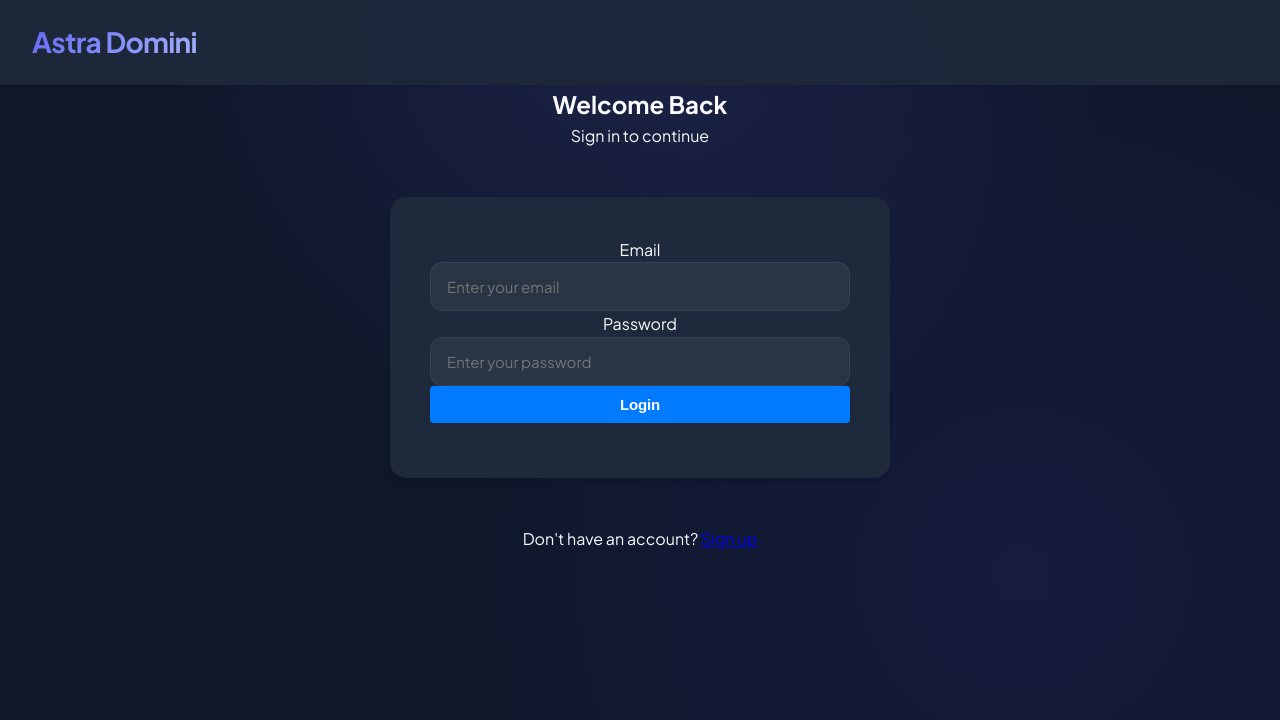
Repository: Resanso/astraReminder
Page: /admin
These files come from the project's save history. The page is drawn as it stood at one moment and after the next save; the edit follows.
The browser window is 1280 px wide. The pictures show the whole page.
The project was rebuilt for these pictures with package versions that can differ from the ones it lists, and the page was loaded fresh each time. Some packages were replaced by stand-ins written for this rebuild. Also part of the build but not shown: src/components/TaskList.js, src/components/AdminPanel.js, src/components/Register.js.

Above is the page before, as saved 2025-02-25 00:38:51.

### public/index.html
<!DOCTYPE html>
<html lang="en">
  <head>
    <meta charset="utf-8" />
    <link rel="icon" href="favicon.ico" />
    <meta name="viewport" content="width=device-width, initial-scale=1" />
    <meta name="theme-color" content="#000000" />
    <meta name="description" content="Astra Domini - Fantasy Game Management" />
    <link rel="apple-touch-icon" href="logo192.png" />
    <link rel="manifest" href="manifest.json" />
    <title>Astra Domini</title>
  </head>
  <body>
    <noscript>You need to enable JavaScript to run this app.</noscript>
    <div id="root"></div>
    <!--
      This HTML file is a template.
      If you open it directly in the browser, you will see an empty page.

      You can add webfonts, meta tags, or analytics to this file.
      The build step will place the bundled scripts into the <body> tag.

      To begin the development, run `npm start` or `yarn start`.
      To create a production bundle, use `npm run build` or `yarn build`.
    -->
  </body>
</html>

### src/index.css
@import url("https://fonts.googleapis.com/css2?family=Plus+Jakarta+Sans:wght@400;500;600;700&display=swap");

body {
  margin: 0;
  font-family: "Plus Jakarta Sans", -apple-system, BlinkMacSystemFont,
    "Segoe UI", Roboto, Oxygen, Ubuntu, Cantarell, "Helvetica Neue", sans-serif;
  -webkit-font-smoothing: antialiased;
  -moz-osx-font-smoothing: grayscale;
  line-height: 1.6;
}

code {
  font-family: source-code-pro, Menlo, Monaco, Consolas, "Courier New",
    monospace;
}

* {
  box-sizing: border-box;
  margin: 0;
  padding: 0;
}

::-webkit-scrollbar {
  width: 8px;
}

::-webkit-scrollbar-track {
  background: rgba(255, 255, 255, 0.05);
}

::-webkit-scrollbar-thumb {
  background: rgba(110, 86, 207, 0.5);
  border-radius: 4px;
}

::-webkit-scrollbar-thumb:hover {
  background: rgba(110, 86, 207, 0.7);
}

### src/App.js
import React, { useState, useEffect } from "react";
import {
  BrowserRouter as Router,
  Routes,
  Route,
  Navigate,
} from "react-router-dom";
import { auth } from "./firebase";
import { onAuthStateChanged, signOut } from "firebase/auth";
import TaskList from "./components/TaskList";
import AdminPanel from "./components/AdminPanel";
import Login from "./components/Login";
import Register from "./components/Register";
import "./App.css";

function App() {
  const [user, setUser] = useState(null);
  const [loading, setLoading] = useState(true);

  useEffect(() => {
    const unsubscribe = onAuthStateChanged(auth, (user) => {
      setUser(user);
      setLoading(false);
    });
    return unsubscribe;
  }, []);

  const handleLogout = async () => {
    try {
      await signOut(auth);
    } catch (error) {
      console.error("Error signing out:", error);
    }
  };

  if (loading) return <div>Loading...</div>;

  return (
    <Router basename="/">
      <div className="App">
        <header>
          <h1>Astra Domini</h1>
          {user && (
            <button
              className="logout-btn"
              onClick={handleLogout}
              title="Logout"
            >
              <svg
                className="logout-icon"
                xmlns="http://www.w3.org/2000/svg"
                viewBox="0 0 24 24"
                fill="none"
                stroke="currentColor"
                strokeWidth="2"
                strokeLinecap="round"
                strokeLinejoin="round"
              >
                <path d="M9 21H5a2 2 0 0 1-2-2V5a2 2 0 0 1 2-2h4" />
                <polyline points="16 17 21 12 16 7" />
                <line x1="21" y1="12" x2="9" y2="12" />
              </svg>
            </button>
          )}
        </header>
        <Routes>
          <Route path="/" element={<TaskList />} />
          <Route
            path="/admin"
            element={user ? <AdminPanel /> : <Navigate to="/login" />}
          />
          <Route
            path="/login"
            element={user ? <Navigate to="/admin" /> : <Login />}
          />
          <Route
            path="/register"
            element={user ? <Navigate to="/admin" /> : <Register />}
          />
        </Routes>
      </div>
    </Router>
  );
}

export default App;

### src/firebase.js
// Import the functions you need from the SDKs you need
import { initializeApp } from "firebase/app";
import { getFirestore } from "firebase/firestore";
import { getAuth } from "firebase/auth";
// TODO: Add SDKs for Firebase products that you want to use
// https://firebase.google.com/docs/web/setup#available-libraries

// Your web app's Firebase configuration
// For Firebase JS SDK v7.20.0 and later, measurementId is optional
const firebaseConfig = {
  apiKey: "AIzaSyC5vKNyYoiYqoeDgudvSQoeoFQrEVA_fF8",
  authDomain: "astra-domini.firebaseapp.com",
  projectId: "astra-domini",
  storageBucket: "astra-domini.firebasestorage.app",
  messagingSenderId: "711846096621",
  appId: "1:711846096621:web:fc97db572dc81c002ea6e4",
  measurementId: "G-YBZY4XPSGD",
};

// Initialize Firebase only on client side
let app;
let db;
let auth;

if (typeof window !== "undefined") {
  app = initializeApp(firebaseConfig);
  db = getFirestore(app);
  auth = getAuth(app);
}

export { db, auth };

### src/components/Login.js
import React, { useState } from "react";
import { auth } from "../firebase";
import { signInWithEmailAndPassword } from "firebase/auth";
import { useNavigate, Link } from "react-router-dom";

const Login = () => {
  const [email, setEmail] = useState("");
  const [password, setPassword] = useState("");
  const [error, setError] = useState("");
  const navigate = useNavigate();

  const handleSubmit = async (e) => {
    e.preventDefault();
    try {
      await signInWithEmailAndPassword(auth, email, password);
      navigate("/admin");
    } catch (error) {
      setError("Login gagal. Periksa email dan password.");
    }
  };

  return (
    <div className="auth-container">
      <div className="auth-card">
        <div className="auth-header">
          <h2>Welcome Back</h2>
          <p className="auth-subtitle">Sign in to continue</p>
        </div>
        {error && <p className="error-message">{error}</p>}
        <form onSubmit={handleSubmit} className="auth-form">
          <div className="form-group">
            <label>Email</label>
            <div className="input-group">
              <i className="fas fa-envelope"></i>
              <input
                type="email"
                placeholder="Enter your email"
                value={email}
                onChange={(e) => setEmail(e.target.value)}
                required
              />
            </div>
          </div>
          <div className="form-group">
            <label>Password</label>
            <div className="input-group">
              <i className="fas fa-lock"></i>
              <input
                type="password"
                placeholder="Enter your password"
                value={password}
                onChange={(e) => setPassword(e.target.value)}
                required
              />
            </div>
          </div>
          <button type="submit" className="auth-submit">
            Login
          </button>
        </form>
        <p className="auth-redirect">
          Don't have an account? <Link to="/register">Sign up</Link>
        </p>
      </div>
    </div>
  );
};

export default Login;

### src/App.css
:root {
  --background-primary: #0f172a;
  --background-secondary: #1e293b;
  --text-primary: #f8fafc;
  --text-secondary: #94a3b8;
  --accent-primary: #6366f1;
  --accent-secondary: #4f46e5;
  --border-color: #334155;
  --success-color: #10b981;
  --error-color: #ef4444;
  --card-shadow: 0 4px 6px -1px rgb(0 0 0 / 0.1),
    0 2px 4px -2px rgb(0 0 0 / 0.1);
  --transition-base: all 0.3s ease;
}

body {
  background-color: var(--background-primary);
  color: var(--text-primary);
  min-height: 100vh;
  background-image: radial-gradient(
      circle at 50% 0%,
      rgba(99, 102, 241, 0.15) 0%,
      transparent 50%
    ),
    radial-gradient(
      circle at 80% 80%,
      rgba(79, 70, 229, 0.1) 0%,
      transparent 50%
    );
}

.App {
  text-align: center;
  position: relative;
}

.App-logo {
  height: 40vmin;
  pointer-events: none;
}

@media (prefers-reduced-motion: no-preference) {
  .App-logo {
    animation: App-logo-spin infinite 20s linear;
  }
}

.App-header {
  background-color: #282c34;
  min-height: 100vh;
  display: flex;
  flex-direction: column;
  align-items: center;
  justify-content: center;
  font-size: calc(10px + 2vmin);
  color: white;
}

.App-link {
  color: #61dafb;
}

@keyframes App-logo-spin {
  from {
    transform: rotate(0deg);
  }
  to {
    transform: rotate(360deg);
  }
}

/* Header Styles */
header {
  background-color: rgba(30, 41, 59, 0.95);
  backdrop-filter: blur(8px);
  padding: 1.25rem 2rem;
  box-shadow: 0 1px 3px rgba(0, 0, 0, 0.1);
  position: sticky;
  top: 0;
  z-index: 100;
  display: flex;
  justify-content: space-between;
  align-items: center;
}

header h1 {
  font-size: 1.75rem;
  font-weight: 700;
  letter-spacing: -0.025em;
  background: linear-gradient(135deg, var(--accent-primary), #a5b4fc);
  -webkit-background-clip: text;
  background-clip: text;
  color: transparent;
}

.task-list {
  max-width: 1200px;
  margin: 3rem auto;
  padding: 0 2rem;
  display: grid;
  grid-template-columns: repeat(auto-fill, minmax(320px, 1fr));
  gap: 2rem;
}

.task-card {
  background-color: var(--background-secondary);
  border: 1px solid var(--border-color);
  border-radius: 1rem;
  padding: 1.75rem;
  transition: var(--transition-base);
  box-shadow: var(--card-shadow);
}

.task-card:hover {
  transform: translateY(-4px);
  box-shadow: 0 12px 24px -8px rgba(0, 0, 0, 0.3);
}

.task-card h3 {
  color: var(--accent-primary);
  margin-bottom: 1rem;
  font-size: 1.25rem;
}

.button-group button,
.auth-form button,
.admin-panel button {
  padding: 0.75rem 1.5rem;
  border-radius: 0.75rem;
  border: none;
  font-weight: 600;
  font-size: 0.9375rem;
  letter-spacing: -0.01em;
  transition: var(--transition-base);
  cursor: pointer;
  display: inline-flex;
  align-items: center;
  justify-content: center;
  gap: 0.5rem;
}

.login-btn,
.add-task-btn {
  background: linear-gradient(
    135deg,
    var(--accent-primary),
    var(--accent-secondary)
  );
  color: white;
}

.login-btn:hover,
.add-task-btn:hover {
  filter: brightness(1.1);
  transform: translateY(-1px);
}

.back-btn {
  background-color: rgba(255, 255, 255, 0.1);
  color: var(--text-primary);
}

.logout-btn {
  background: none;
  border: none;
  padding: 8px;
  cursor: pointer;
  color: var(--text-primary);
  display: flex;
  align-items: center;
  justify-content: center;
  border-radius: 50%;
  transition: var(--transition-base);
}

.logout-btn:hover {
  background-color: rgba(239, 68, 68, 0.2);
  transform: scale(1.1);
}

.logout-icon {
  width: 24px;
  height: 24px;
  color: #ef4444;
}

.admin-panel {
  background-color: var(--background-secondary);
  border-radius: 1rem;
  padding: 2.5rem;
  max-width: 500px;
  margin: 3rem auto;
  box-shadow: var(--card-shadow);
}

.admin-panel form {
  display: flex;
  flex-direction: column;
  gap: 10px;
}

.admin-panel input,
.admin-panel textarea {
  width: 100%;
  padding: 0.875rem 1rem;
  background-color: rgba(255, 255, 255, 0.05);
  border: 1px solid var(--border-color);
  border-radius: 0.75rem;
  color: var(--text-primary);
  font-family: inherit;
  font-size: 0.9375rem;
  transition: var(--transition-base);
}

.admin-panel input:focus,
.admin-panel textarea:focus {
  border-color: var(--accent-primary);
  box-shadow: 0 0 0 3px rgba(99, 102, 241, 0.2);
  outline: none;
}

.admin-panel button {
  padding: 10px;
  background-color: #007bff;
  color: white;
  border: none;
  border-radius: 5px;
  cursor: pointer;
}

.admin-panel select {
  background-color: rgba(255, 255, 255, 0.1);
  border: 1px solid var(--border-color);
  color: var(--text-primary);
  border-radius: 8px;
  padding: 0.75rem;
  width: 100%;
  margin-bottom: 1rem;
  font-size: 0.9375rem;
  cursor: pointer;
}

.admin-panel select option {
  background-color: var(--background-secondary);
  color: var(--text-primary);
  padding: 0.75rem;
}

.admin-panel select:focus {
  outline: none;
  border-color: var(--accent-primary);
  box-shadow: 0 0 0 2px rgba(110, 86, 207, 0.2);
}

.login-form {
  max-width: 400px;
  margin: 40px auto;
  padding: 20px;
  border: 1px solid #ddd;
  border-radius: 5px;
}

.login-form input {
  width: 100%;
  padding: 10px;
  margin-bottom: 10px;
  border: 1px solid #ddd;
  border-radius: 4px;
}

.login-form button {
  width: 100%;
  padding: 10px;
  background-color: #007bff;
  color: white;
  border: none;
  border-radius: 4px;
  cursor: pointer;
}

.error {
  color: var(--error-color);
  background-color: rgba(239, 68, 68, 0.1);
  padding: 1rem;
  border-radius: 8px;
  margin: 1rem 0;
}

.task-header {
  display: flex;
  justify-content: space-between;
  align-items: center;
  margin-bottom: 20px;
}

.login-btn {
  padding: 8px 16px;
  background-color: #007bff;
  color: white;
  border: none;
  border-radius: 4px;
  cursor: pointer;
}

.login-btn:hover {
  background-color: #0056b3;
}

.auth-form {
  background-color: var(--background-secondary);
  border-radius: 1rem;
  padding: 2.5rem;
  max-width: 500px;
  margin: 3rem auto;
  box-shadow: var(--card-shadow);
}

.auth-form input {
  width: 100%;
  padding: 0.875rem 1rem;
  background-color: rgba(255, 255, 255, 0.05);
  border: 1px solid var(--border-color);
  border-radius: 0.75rem;
  color: var(--text-primary);
  font-family: inherit;
  font-size: 0.9375rem;
  transition: var(--transition-base);
}

.auth-form input:focus {
  border-color: var(--accent-primary);
  box-shadow: 0 0 0 3px rgba(99, 102, 241, 0.2);
  outline: none;
}

.auth-form button {
  width: 100%;
  padding: 10px;
  background-color: #007bff;
  color: white;
  border: none;
  border-radius: 4px;
  cursor: pointer;
  margin-bottom: 15px;
}

.auth-form button:hover {
  background-color: #0056b3;
}

.auth-form a {
  color: #007bff;
  text-decoration: none;
}

.auth-form a:hover {
  text-decoration: underline;
}

.task-creator {
  color: var(--text-secondary);
  font-size: 0.875rem;
  margin-top: 1rem;
}

.add-task-btn {
  padding: 8px 16px;
  background-color: #28a745;
  color: white;
  border: none;
  border-radius: 4px;
  cursor: pointer;
}

.add-task-btn:hover {
  background-color: #218838;
}

.button-group {
  display: flex;
  gap: 10px;
  align-items: center;
}

.back-btn {
  padding: 8px 16px;
  background-color: #6c757d;
  color: white;
  border: none;
  border-radius: 4px;
  cursor: pointer;
}

.back-btn:hover {
  background-color: #5a6268;
}

/* Responsive Design */
@media (max-width: 768px) {
  header {
    padding: 1rem;
  }

  header h1 {
    font-size: 1.5rem;
  }

  .task-header {
    flex-direction: column;
    gap: 1rem;
  }

  .button-group {
    flex-wrap: wrap;
    justify-content: center;
  }

  .admin-panel,
  .auth-form {
    margin: 1rem;
    padding: 1.5rem;
  }

  .task-list {
    padding: 0 1rem;
    margin: 2rem auto;
  }

  .task-card {
    padding: 1.5rem;
  }
}

/* Loading Animation */
.loading {
  display: flex;
  justify-content: center;
  align-items: center;
  min-height: 200px;
  color: var(--accent-primary);
}

.loading::after {
  content: "";
  width: 30px;
  height: 30px;
  border: 3px solid var(--accent-primary);
  border-top-color: transparent;
  border-radius: 50%;
  animation: spinner 0.8s linear infinite;
}

@keyframes spinner {
  to {
    transform: rotate(360deg);
  }
}

Loaded but not shown: src/index.js (common file); src/reportWebVitals.js (common file)

After the next save:
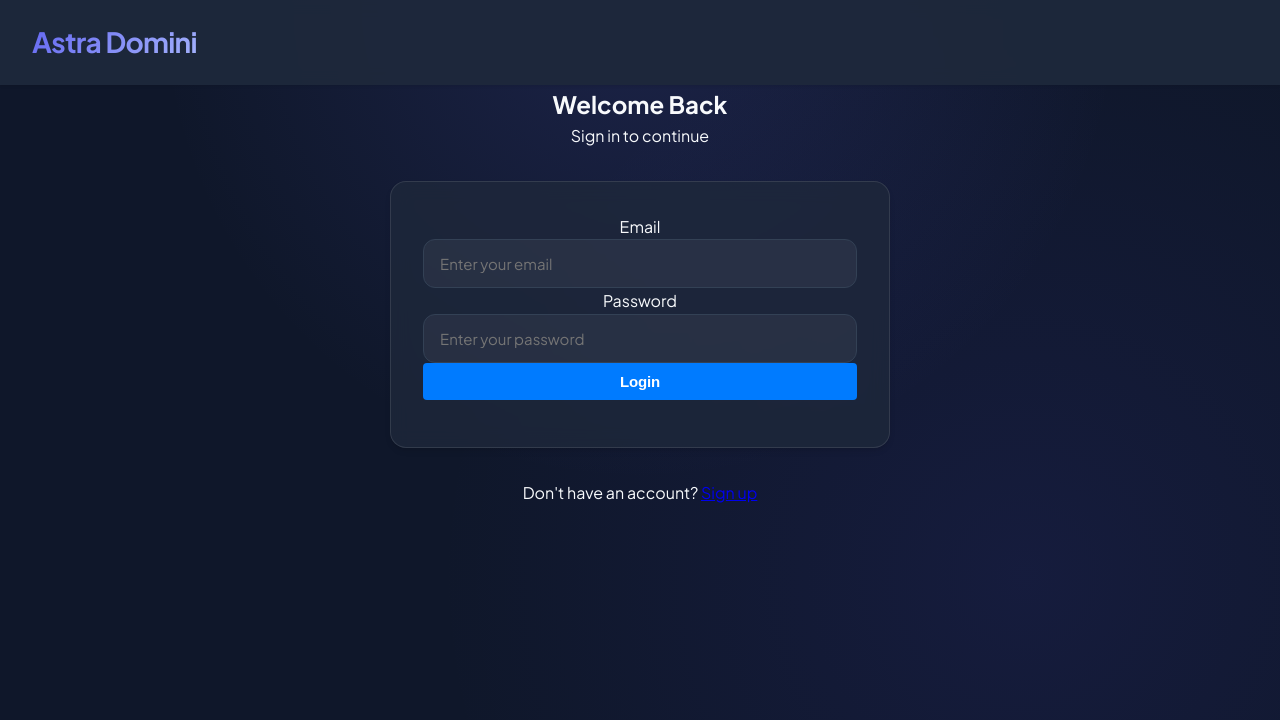
Saved 2 min 4 s later.
--- a/src/App.css
+++ b/src/App.css
@@ -103,10 +103,11 @@ header h1 {
 }
 
 .task-card {
-  background-color: var(--background-secondary);
-  border: 1px solid var(--border-color);
+  background: rgba(30, 41, 59, 0.8);
+  backdrop-filter: blur(10px);
+  border: 1px solid rgba(255, 255, 255, 0.1);
   border-radius: 1rem;
-  padding: 1.75rem;
+  padding: 1.5rem;
   transition: var(--transition-base);
   box-shadow: var(--card-shadow);
 }
@@ -185,11 +186,13 @@ header h1 {
 }
 
 .admin-panel {
-  background-color: var(--background-secondary);
+  background: rgba(30, 41, 59, 0.8);
+  backdrop-filter: blur(10px);
+  border: 1px solid rgba(255, 255, 255, 0.1);
   border-radius: 1rem;
-  padding: 2.5rem;
+  padding: 2rem;
   max-width: 500px;
-  margin: 3rem auto;
+  margin: 2rem auto;
   box-shadow: var(--card-shadow);
 }
 
@@ -307,11 +310,13 @@ header h1 {
 }
 
 .auth-form {
-  background-color: var(--background-secondary);
+  background: rgba(30, 41, 59, 0.8);
+  backdrop-filter: blur(10px);
+  border: 1px solid rgba(255, 255, 255, 0.1);
   border-radius: 1rem;
-  padding: 2.5rem;
+  padding: 2rem;
   max-width: 500px;
-  margin: 3rem auto;
+  margin: 2rem auto;
   box-shadow: var(--card-shadow);
 }
 
